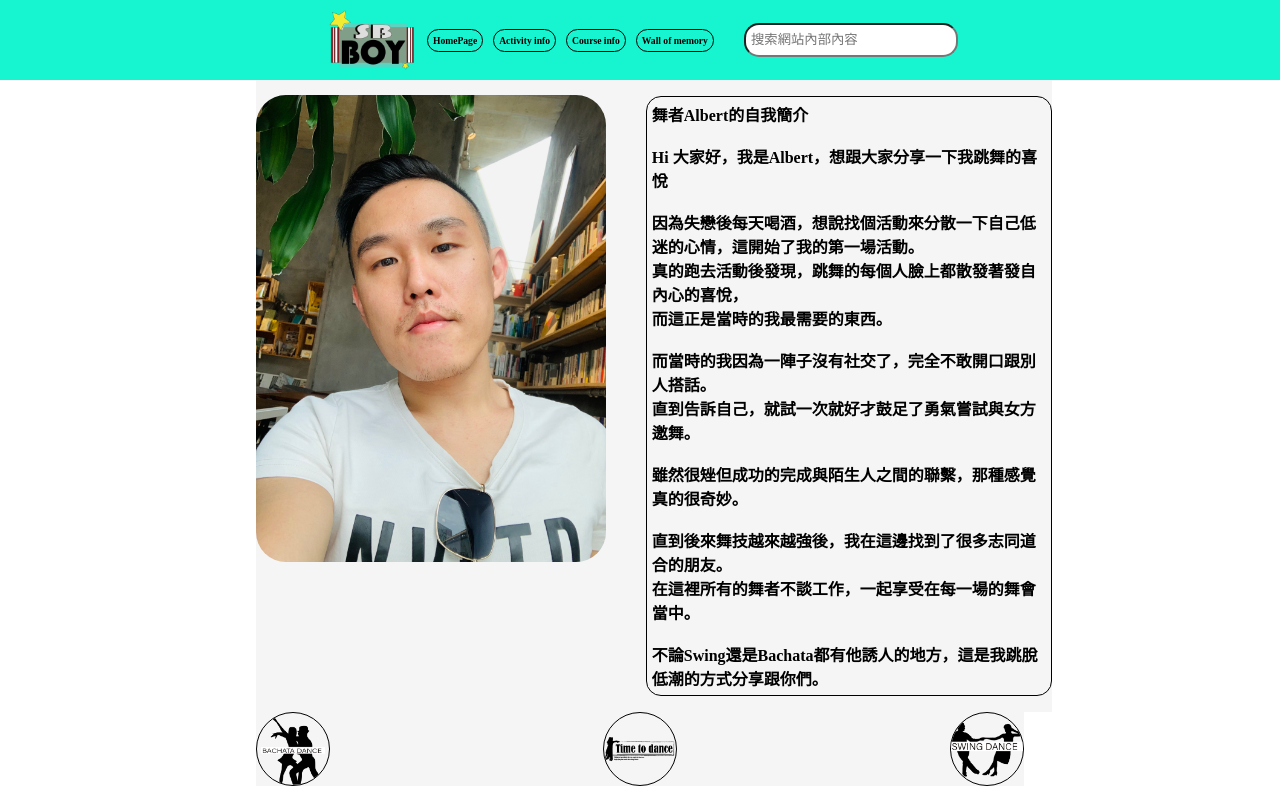
Repository: AlbertKoii/0718_Learning_Javascript
Page: aboutme/aboutme_try.html
These files come from the project's save history. The page is drawn as it stood at one moment and after the next save; the edit follows.
The browser window is 1280 px wide. The pictures show the whole page.

Above is the page before, as saved 2023-07-26 13:44:20.
Not found: aboutme/script.js

### aboutme/aboutme_try.html
<!DOCTYPE html>
<html lang="en">
<head>
    <meta charset="UTF-8">
    <meta name="viewport" content="width=device-width, initial-scale=1.0">
    <link rel="stylesheet" href="aboutme.try.css">
    <title>About me</title>
</head>
<body>
    <!-- 第一層 -->
    <div class="search-bar">
        <img class="logo" src="../img/logo.png" alt="圖片">
        <div class="links">
            <a class="link" href="../index.html">HomePage</a>
            <a class="link" href="./Activity info/ActivityInfo.html">Activity info</a>
            <a class="link" href="./CourseInfo/Courseinfo.html">Course info</a>
            <a class="link" href="./WallOfMemory.html/WallOfMemory.html">Wall of memory</a>
        </div>
        <div class="search">
            <input type="text" placeholder="搜索網站內部內容">
        </div>
    </div>

    <!-- 第二層 -->
    <div class="content">
        <div class="left">
            <img src="../img/Myhead.jpg" alt="個人照片">
        </div>
        <div class="right">
            <p style="font-size: 16px"><b>舞者Albert的自我簡介</b><b>
            <br><br>
            Hi 大家好，我是Albert，想跟大家分享一下我跳舞的喜悅<br>
            <br>
            因為失戀後每天喝酒，想說找個活動來分散一下自己低迷的心情，這開始了我的第一場活動。<br>
            真的跑去活動後發現，跳舞的每個人臉上都散發著發自內心的喜悅，<br>
            而這正是當時的我最需要的東西。<br>
            <br>
            而當時的我因為一陣子沒有社交了，完全不敢開口跟別人搭話。<br>
            直到告訴自己，就試一次就好才鼓足了勇氣嘗試與女方邀舞。<br>
            <br>
            雖然很矬但成功的完成與陌生人之間的聯繫，那種感覺真的很奇妙。<br>
            <br>
            直到後來舞技越來越強後，我在這邊找到了很多志同道合的朋友。<br>
            在這裡所有的舞者不談工作，一起享受在每一場的舞會當中。<br>
            <br>
            不論Swing還是Bachata都有他誘人的地方，這是我跳脫低潮的方式分享跟你們。</b>
            </p>
        </div>
    </div>

    <!-- 第三層 -->
    <div class="Icon">
        <img src="../img/BachataDanceIcon.png" alt="圖片1">
        <img src="../img/DanceIcon_01.png" alt="圖片2">
        <img src="../img/SwingDanceIcon.png" alt="圖片3">
    </div>

    <script src="script.js" defer></script>
</body>
</html>

### aboutme/aboutme.try.css
*{
    position: relative;
    font-family: 微軟正黑體;
}

html, body{
    padding: 0px;
    margin: 0px;

}
/* 第一層樣式 */
.search-bar {
    display: flex;
    align-items: center;
    justify-content:center;
    padding: 10px;
    text-overflow: ellipsis;
    background-color: #16F4D0;
    min-width: 796px;
}

.search-bar input {
    width: 200px;
    height: 3vh;
    padding: 5px;
    position: relative;
}
.logo{
    width: 100px;
}
.links {
    font-size: .6em;
    display: flex;
    white-space: nowrap;
}

.link {
    margin: 0 5px;
    padding: 5px;
    cursor: pointer;
    border-radius: 15px;
    border: solid .4px black;
    text-decoration: none;
    color: black;
    font-weight:700
}

.search{
    margin-left: 2%;
}

.search input{
    border-radius: 15px;
    height: 20px;
}
/* 第二層樣式 */
.content {
    display: flex;
    background-color: #f5f5f5;
    text-overflow: ellipsis;
    margin-left:20%;
    margin-right: 20%;
    min-width: 796px;
}
.left{
    width: 350px;
    height: auto;
}

.left img {
    width: 350px;
    margin-top: 15px;
    height: auto;
    border-radius: 30px;
}
.right {
    width:fit-content;
    margin-left: 5%;

    }
.right p{

    border: 1px solid black;
    border-radius: 15px;
    padding: 5px;
}


/* 第三層樣式 */
.Icon {
    display: flex;
    margin-left:20%;
    margin-right: 20%;
    justify-content: space-between;
    background-color: #f5f5f5;
}
.Icon img{
    height: 10vh;
    width: auto;
    padding: auto;
    border: 1px solid black;
    border-radius: 100%;
}

After the next save:
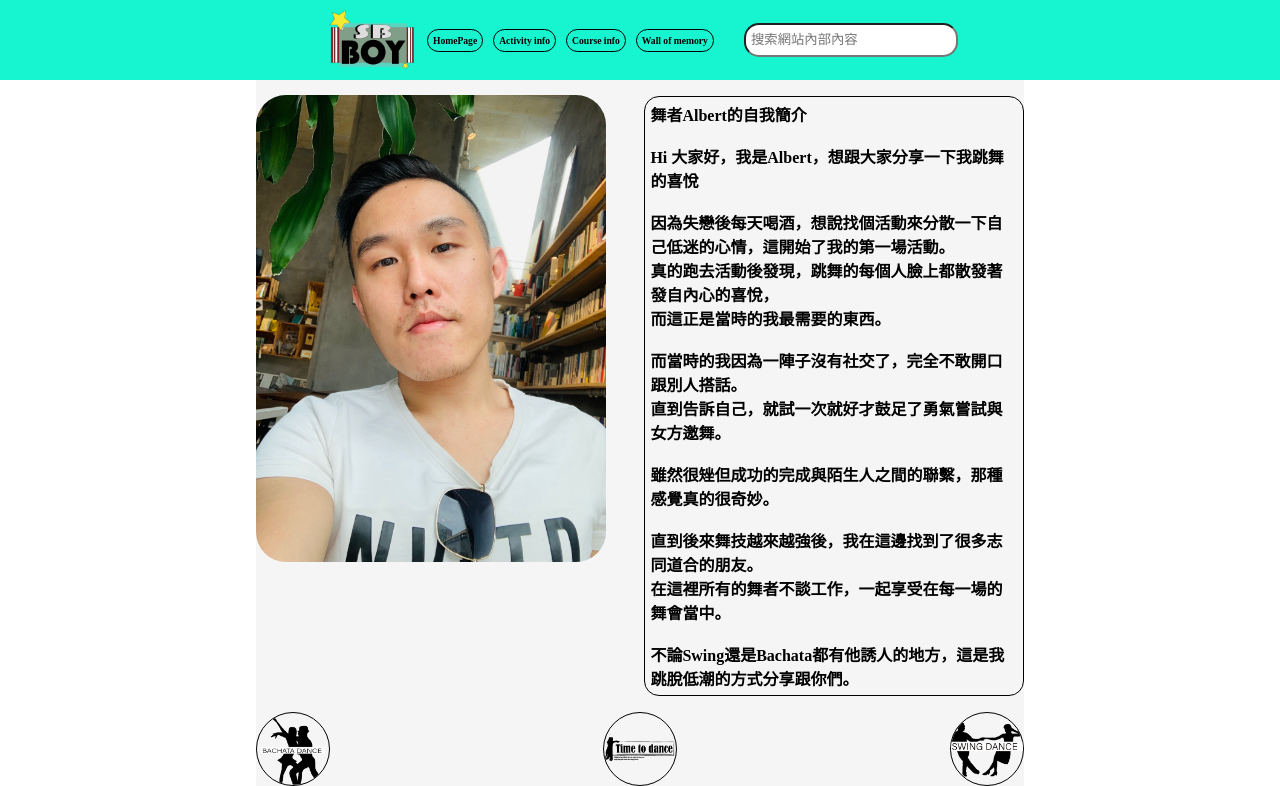
Saved 41 s later.
--- a/aboutme/aboutme.try.css
+++ b/aboutme/aboutme.try.css
@@ -60,7 +60,7 @@ html, body{
     text-overflow: ellipsis;
     margin-left:20%;
     margin-right: 20%;
-    min-width: 796px;
+    min-width: 768px;
 }
 .left{
     width: 350px;
